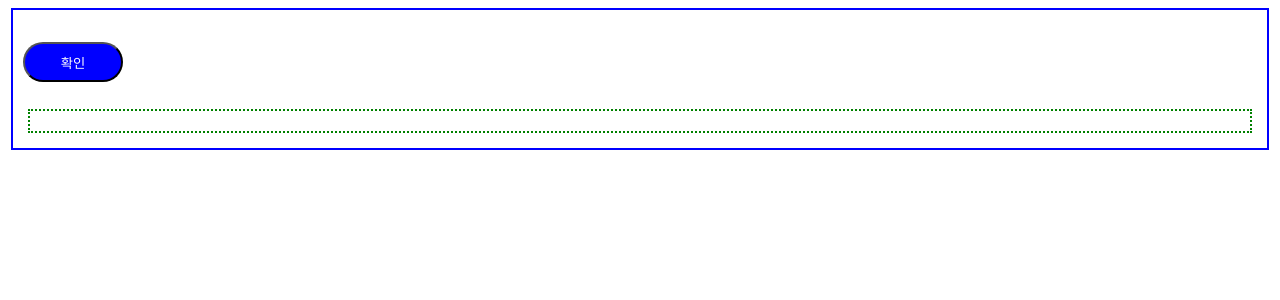
Repository: patternlobe-stack/MY_repository
Page: webpro/src/main/webapp/0915/상태_checkbox.html
The author's editor kept a copy of each file at every save. The page is drawn from the files as they stood at one save, then again after the next save.
The browser window is 1280 px wide. The pictures show the whole page.

Above is the page before, as saved 2025-09-15 07:30:07.

After the next save:
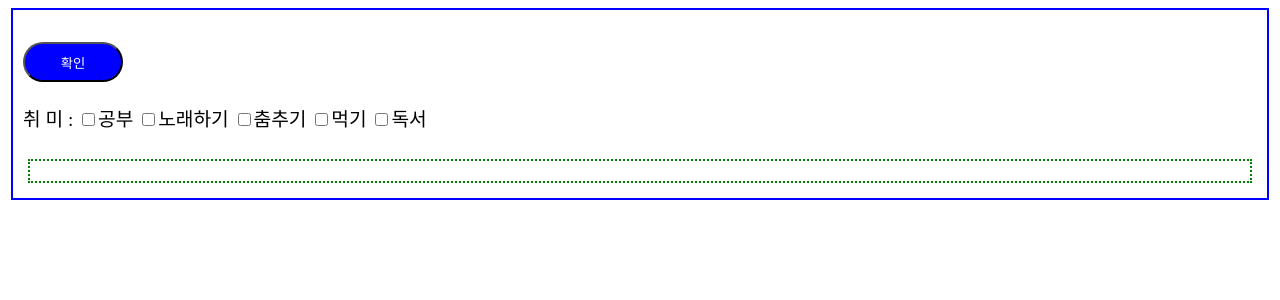
Saved 8 s later.
--- a/webpro/src/main/webapp/0915/상태_checkbox.html
+++ b/webpro/src/main/webapp/0915/상태_checkbox.html
@@ -17,6 +17,16 @@
       </h3>
       <input type="button" value="확인" onclick="proc1()" />
       <br /><br />
+      <form>
+취 미 :
+ <input type="checkbox" name="hobby" value="여행“ checked >여행
+<input type="checkbox" name="hobby" value="공부">공부
+<input type="checkbox" name="hobby" value="노래하기">노래하기
+<input type="checkbox" name="hobby" value="춤추기" >춤추기
+<input type="checkbox" name="hobby" value="먹기">먹기
+<input type="checkbox" name="hobby" value="독서">독서
+<br><br>
+</form>
 
       <div id="result1"></div>
 </div>
